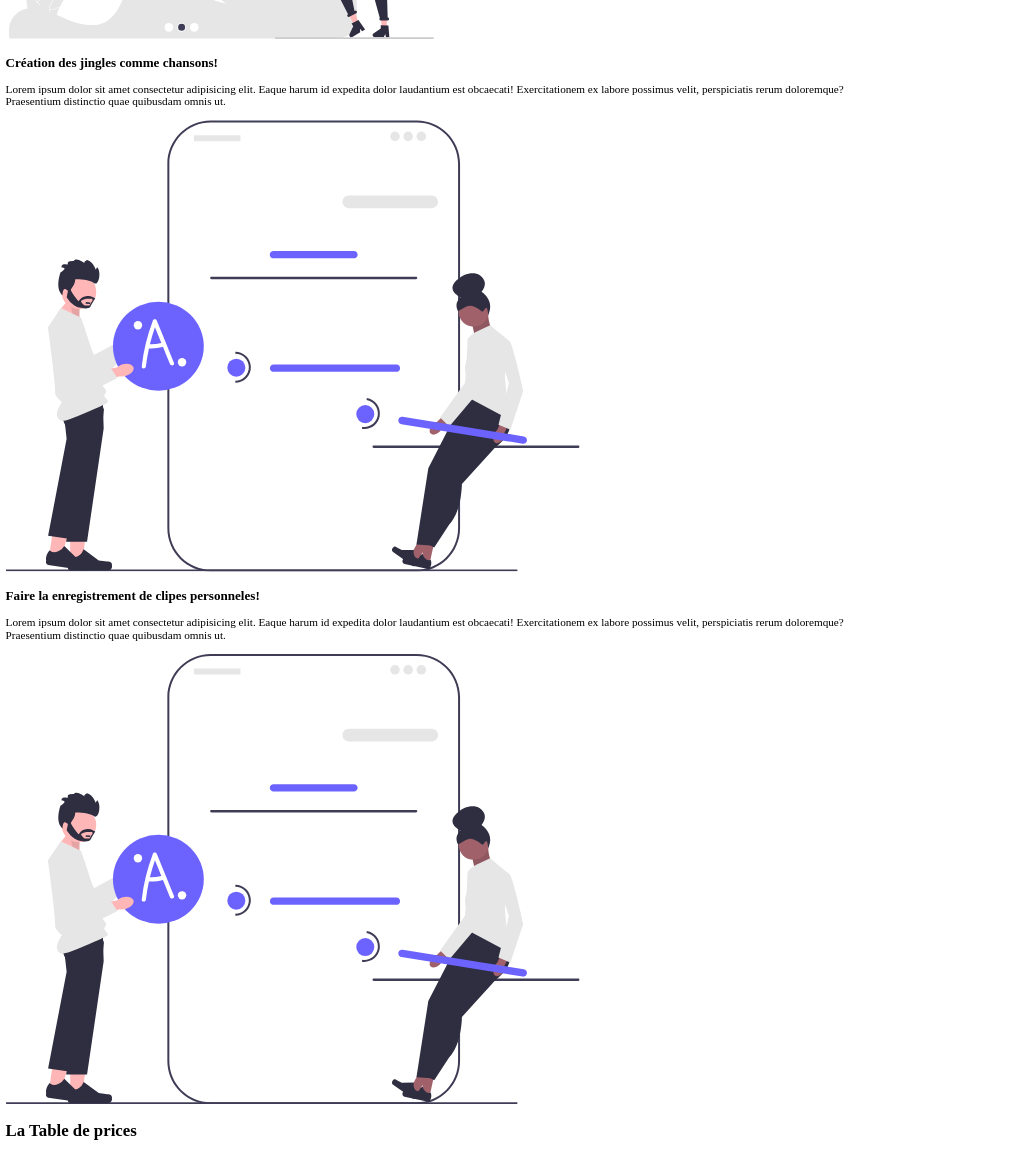
Repository: MarcioFreitasUFSC21/Proejct00
Page: ExampleSite/Assets/index2.html
These files come from the project's save history. The page is drawn as it stood at one moment and after a run of saves; the edit follows.
The browser window is 1280 px wide. The page is 1464 px wide, so the pictures cover 1464 px, including what lies to the right of the window. The pictures show the part of the page from y = 1832 to 3512 px (the page is 3488 px tall before and 3512 px after), at 70% of full size.

Above is the page before, as saved 2023-03-18 17:56:28.

After the next 3 saves:
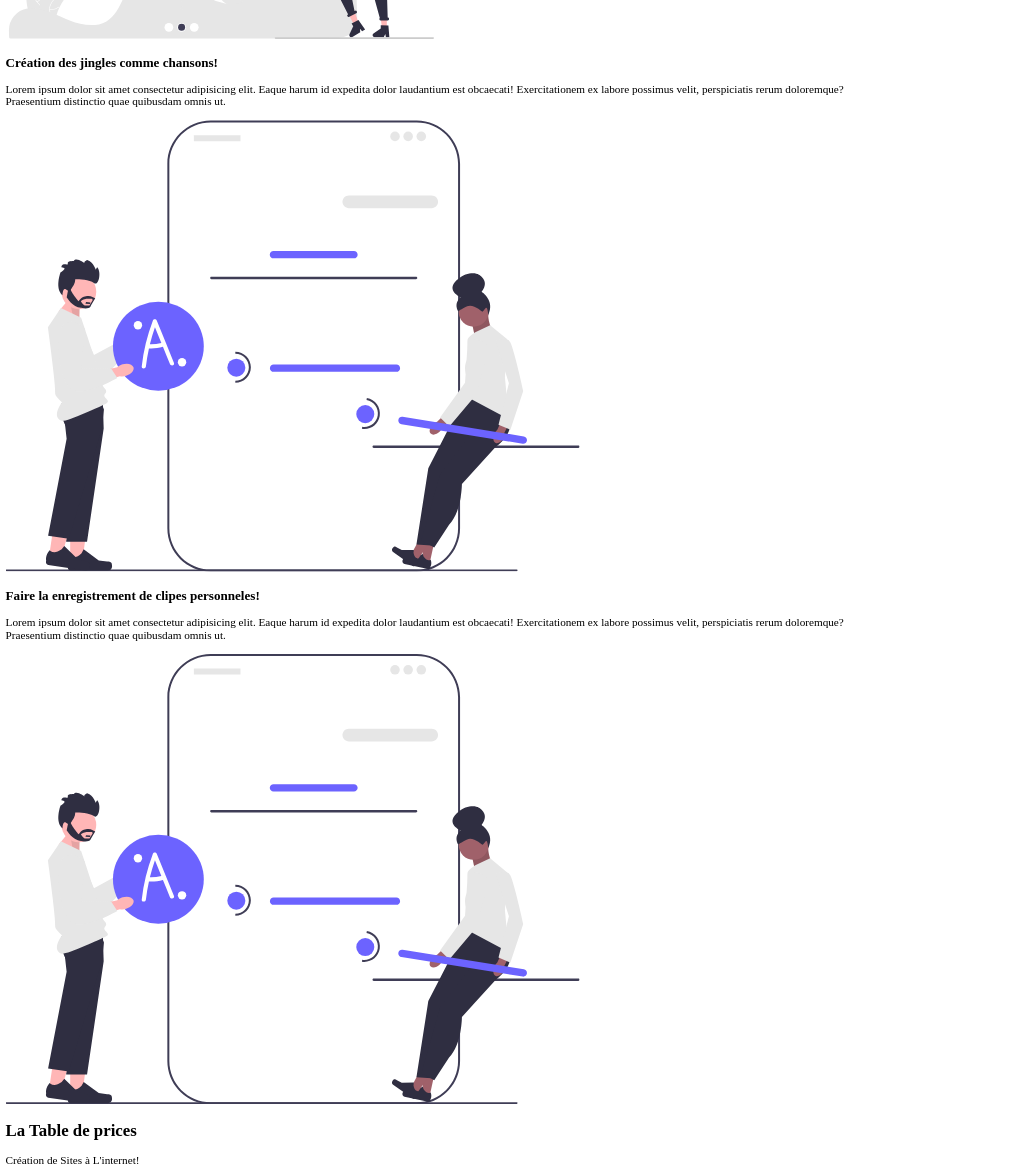
The 3 saves are shown as one change because they came seconds apart.
The last was saved 10 s later.
--- a/ExampleSite/Assets/index2.html
+++ b/ExampleSite/Assets/index2.html
@@ -68,7 +68,7 @@
                 </thead>
                 <tbody>
                     <tr>
-                        <tCréation> </tCréation de Sites à L'internet! </td>
+                        <td> </td>Création de Sites à L'internet! </td>
                     </tr>
                 </tbody>
             </table>
